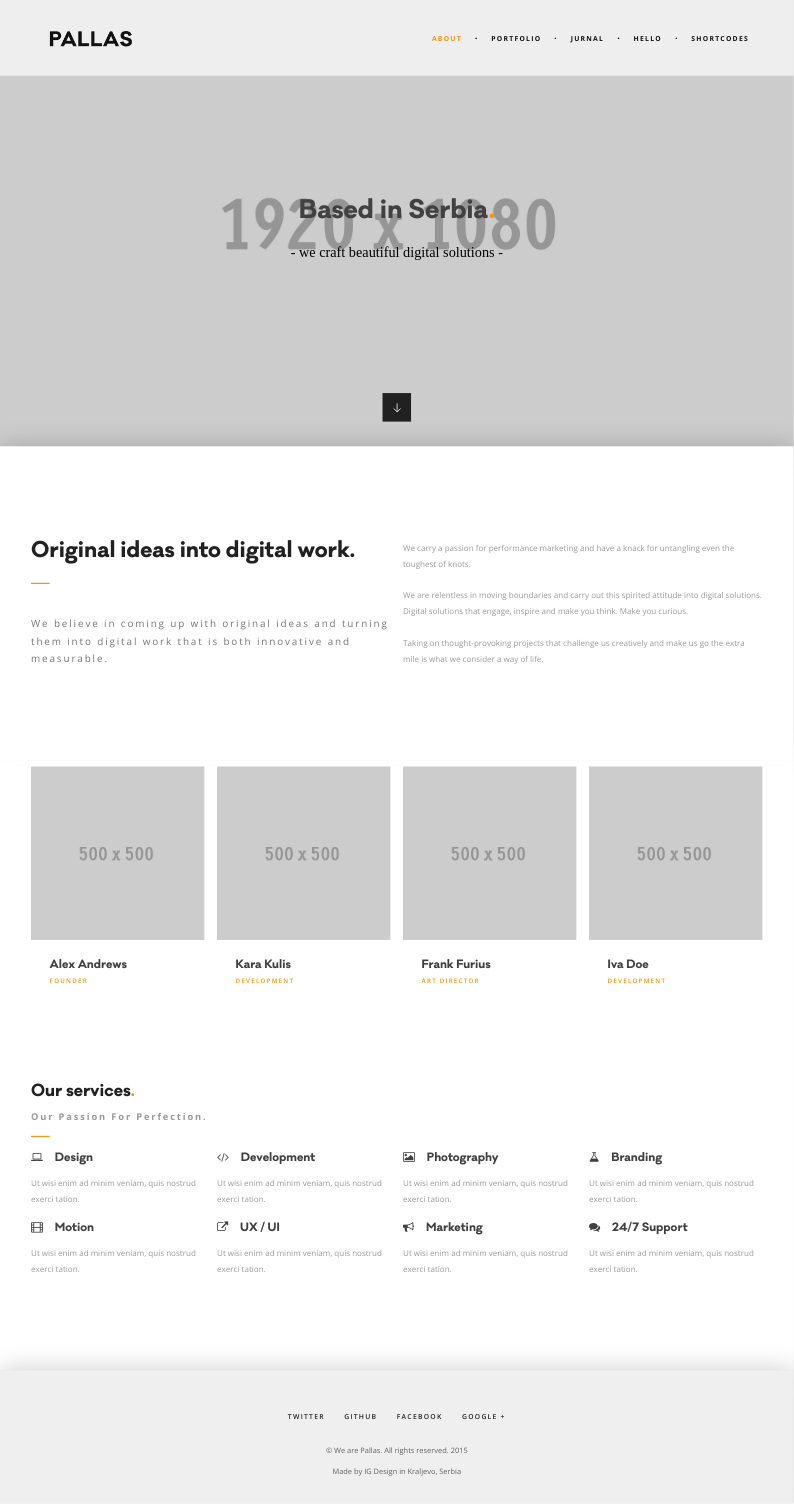
Repository: cjsek1003/daye
Page: http://localhost/finalPro/about.jsp
These files come from the project's save history. The page is drawn as it stood at one moment and after the next save; the edit follows.
The browser window is 1280 px wide. The pictures show the whole page, at 62% of full size.
An inner scrolling area shows only its first screen. Some web fonts or font styles are not loaded; a fallback is used. The page is served by Tomcat 9. Nobody is signed in. The application's start-up code is not run.

Above is the page before, as saved 2018-03-05 07:42:00.

After the next save:
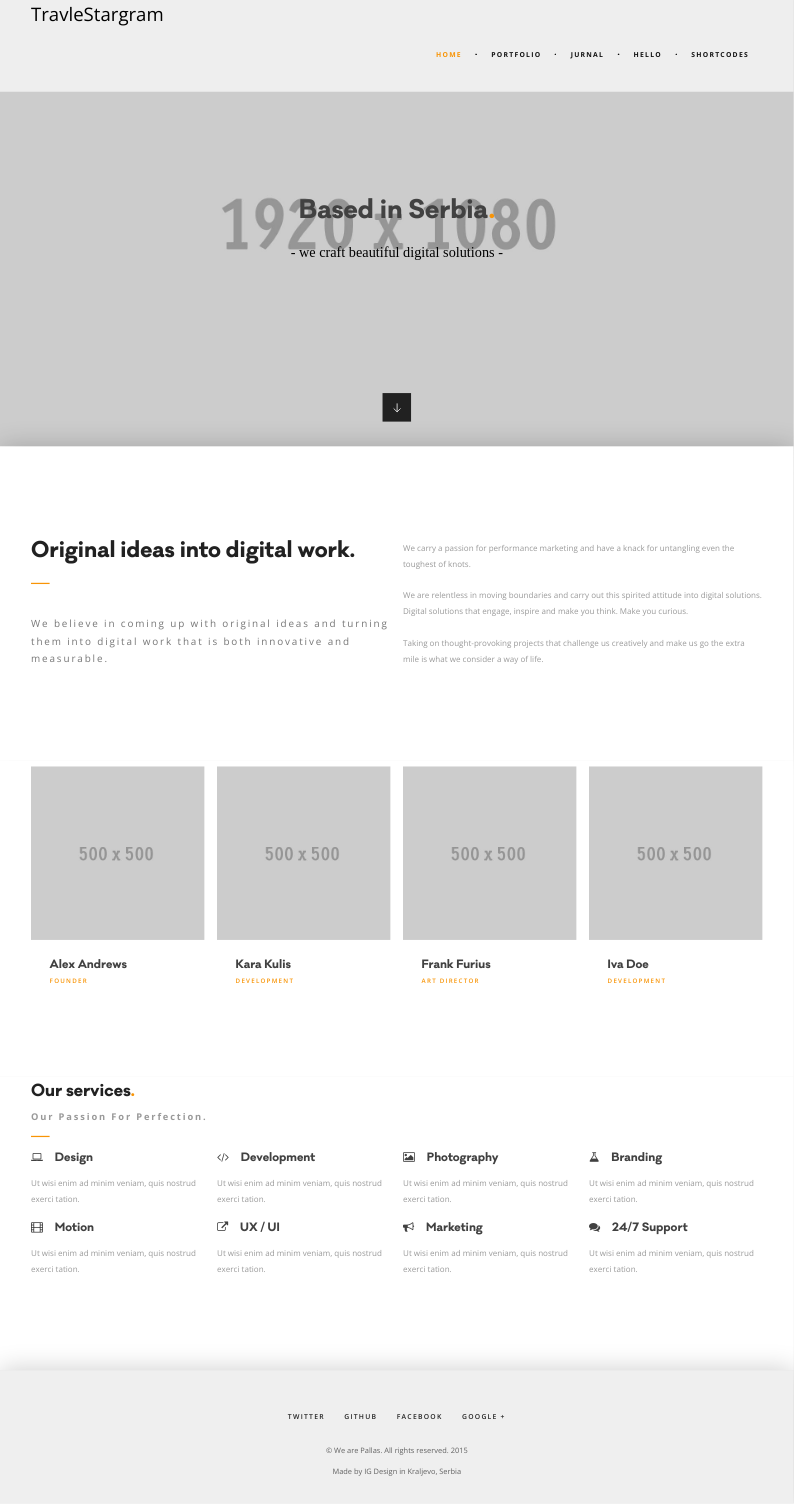
Saved 9 s later.
--- a/finalPro/src/main/webapp/header.jsp
+++ b/finalPro/src/main/webapp/header.jsp
@@ -17,20 +17,29 @@
 	<link rel="apple-touch-icon" href="apple-touch-icon.png">
 	<link rel="apple-touch-icon" sizes="72x72" href="apple-touch-icon-72x72.png">
 	<link rel="apple-touch-icon" sizes="114x114" href="apple-touch-icon-114x114.png">
+	<style type="text/css">
+	.title{
+		font-size : 30px;
+		color : black;
+	}
+	.title.hover{
+		color : orange;
+	}
+	</style>
 </head>
 <body>
 
  <!-- MENU
     ================================================== -->
-<header>
+
       <div id="menu-wrap" class="menu-back cbp-af-header">
          <div class="container">
             <div class="sixteen columns">
-               <div class="logo"></div>
+              <a href="about.jsp" class="title">TravleStargram</a>
                <ul class="slimmenu">
 
                   <li>
-                     <a class="active-menu animsition-link" href="about.html">about</a>
+                     <a class="active-menu animsition-link" href="about.jsp">Home</a>
                   </li>
                   <li>
                      <a href="#">portfolio</a>
@@ -73,7 +82,7 @@
             </div>
          </div>
       </div>
-  </header>
+
 
 <script type="text/javascript" src="js/jquery.js"></script>
 <script type="text/javascript" src="js/modernizr.custom.js"></script>

After the save that followed:
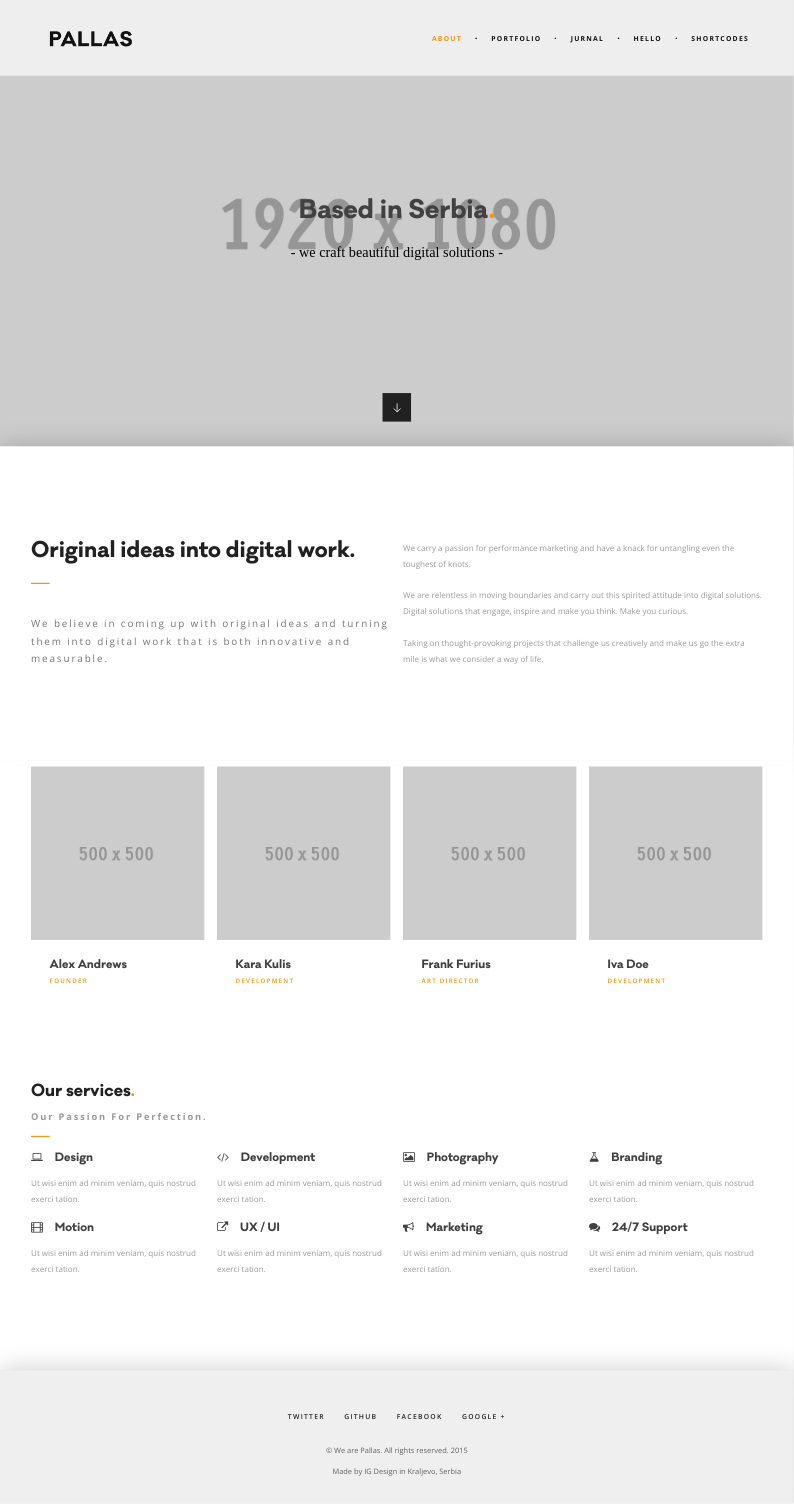
Saved 16 s later.
--- a/finalPro/src/main/webapp/about.jsp
+++ b/finalPro/src/main/webapp/about.jsp
@@ -41,7 +41,58 @@
 </head>
 <body>
 <div class="animsition">
-<c:import url="header.jsp"/>
+<%-- <c:import url="header.jsp"/> --%>
+
+      <div id="menu-wrap" class="menu-back cbp-af-header">
+         <div class="container">
+            <div class="sixteen columns">
+               <div class="logo"></div>
+               <ul class="slimmenu">
+
+                  <li>
+                     <a class="active-menu animsition-link" href="about.html">about</a>
+                  </li>
+                  <li>
+                     <a href="#">portfolio</a>
+                     <ul class="submenu-back">
+                        <li>
+                           <a href="work.html" class="animsition-link">Featured fourths</a>
+                        </li>
+                        <li>
+                           <a href="work1.html" class="animsition-link">No Spaced fourths</a>
+                        </li>
+                        <li>
+                           <a href="work2.html" class="animsition-link">Classic Grid</a>
+                        </li>
+                        <li>
+                           <a href="work3.html" class="animsition-link">Two Halfs</a>
+                        </li>
+                        <li>
+                           <a href="work4.html" class="animsition-link">Lightbox Gallery</a>
+                        </li>
+                     </ul>
+                  </li>
+                  <li>
+                     <a href="blog.html" class="animsition-link">jurnal</a>
+                  </li>
+                  <li>
+                     <a href="#">hello</a>
+                     <ul class="submenu-back">
+                        <li>
+                           <a href="contact.html" class="animsition-link">default</a>
+                        </li>
+                        <li>
+                           <a href="contact1.html" class="animsition-link">minimal</a>
+                        </li>
+                     </ul>
+                  </li>
+                  <li>
+                     <a href="shortcodes.html" class="animsition-link">shortcodes</a>
+                  </li>
+               </ul>
+            </div>
+         </div>
+      </div>
 	<!-- Primary Page Layout
 	================================================== -->
 
